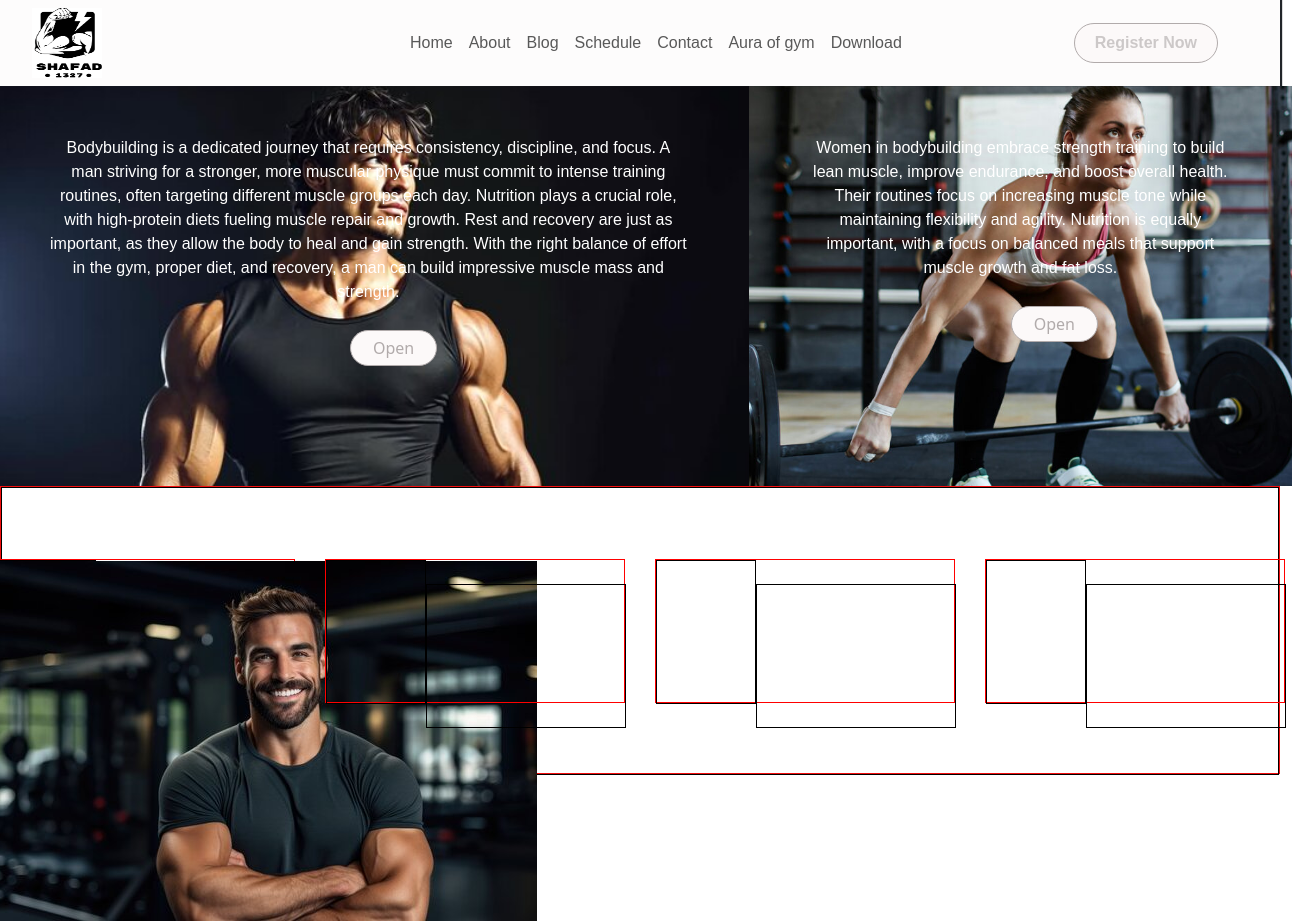
Repository: Daud-shafad/gymwebsite
Page: bootstrap-5.3.3-dist/bootstrap-5.3.3-dist/gym.html
An editor plug-in stored every save of this project. The page is shown before and after the next save, followed by the edit.
The browser window is 1280 px wide. The page is 1292 px wide, so the pictures cover 1292 px, including what lies to the right of the window. The pictures show the whole page.

Above is the page before, as saved 2024-12-28 14:42:46.

### bootstrap-5.3.3-dist/bootstrap-5.3.3-dist/gym.html
<!DOCTYPE html>
<html lang="en">
<head>
    <title>GYM WEBSITE</title>
    <meta charset="UTF-8">
    <meta name="viewport" content="width=device-width, initial-scale=1.0">
    <meta name="author" content="Daud_Shafad">
    <meta name="Description" content="This gym website front-end part">
    <meta name="keyword" content="html, css, bootstrap, front-end, gym, website">
    <link rel="stylesheet" href="gym.css">
    <link rel="stylesheet" href="css/bootstrap.css">


</head>
<body>

    <nav class="navbar navbar-expand-lg" style="background-color: rgb(253, 252, 252); box-shadow: 1px -1px 1px 1px">
        <div class="container-fluid">
          <img src="power.png" style="width: 70px;
          height: 70px; margin-left: 20px;" >
          <button class="navbar-toggler" type="button" data-bs-toggle="collapse" data-bs-target="#navbarSupportedContent" aria-controls="navbarSupportedContent" aria-expanded="false" aria-label="Toggle navigation">
            <span class="navbar-toggler-icon"></span>
          </button>
          <div class="collapse navbar-collapse" id="navbarSupportedContent" style="font-family: sans-serif;">
            <ul class="navbar-nav me-auto mb-2 mb-lg-0" style="margin-left: 300px;">
              <li class="nav-item" >
                <a class="nav-link" aria-current="page" href="#">Home</a>
              </li>
              <li class="nav-item" >
                <a class="nav-link" href="#">About</a>
              </li>
              <li class="nav-item">
                <a class="nav-link" href="#">Blog</a>
              </li>
              <li class="nav-item">
                <a class="nav-link" aria-disabled="false">Schedule</a>
              </li>
              <li class="nav-item">
                <a class="nav-link" aria-disabled="false">Contact</a>
              </li>
              <li class="nav-item">
                <a class="nav-link" aria-disabled="false">Aura of gym</a>
              </li>
              <li class="nav-item">
                <a class="nav-link" aria-disabled="false">Download</a>
              </li>
              </ul>
           <button class="btn-register">
            Register Now
           </button>
          </div>
        </div>
      </nav>

      <div class="row">
        <div class="col-7">
          <p class="p-man-bodybuilding">Bodybuilding is a dedicated journey that requires consistency, discipline, and focus. A man striving for a stronger, more muscular physique must commit to intense training routines, often targeting different muscle groups each day. Nutrition plays a crucial role, with high-protein diets fueling muscle repair and growth. Rest and recovery are just as important, as they allow the body to heal and gain strength. With the right balance of effort in the gym, proper diet, and recovery, a man can build impressive muscle mass and strength.</p>
          <button class="btn-open-1">Open</button>
        </div>
        <div class="col-5">
        <p class="p-women-bodybuilding">Women in bodybuilding embrace strength training to build lean muscle, improve endurance, and boost overall health. Their routines focus on increasing muscle tone while maintaining flexibility and agility. Nutrition is equally important, with a focus on balanced meals that support muscle growth and fat loss.</p>
        <button class="btn-open-2">Open</button>
    </div>
      </div>

    <section class="section-1">
     <div class="managers-part">
       <div class="part-1">
       <div class="image-1-part">
        <img src="Trainer1.jpg" alt="Trainer1">
       </div>
       <div class="info-1-part">

       </div>
       </div>

       <div class="part-2">
       <div class="image-2-part">

       </div>

       <div class="info-2-part">

       </div>
       </div>

       <div class="part-3">
        <div class="image-3-part">

        </div>

        <div class="info-3-part">

        </div>
       </div>

       <div class="part-4">
        <div class="image-4-part">

        </div>

        <div class="info-4-part">

        </div>
       </div>
     </div>

    </section>



    <script src="js/bootstrap.js"></script>


</body>
</html>

### bootstrap-5.3.3-dist/bootstrap-5.3.3-dist/gym.css
*{
    margin:0;
    padding: 0;
}

.btn-register{
    background-color: rgb(252, 249, 249);
    padding: 7px 20px 7px 20px;
    border: 1px solid rgb(177, 171, 171);
    cursor: pointer;
    border-radius: 25px;
    margin-right: 50px;
    font-family: sans-serif;
    font-size: 16px;
    font-weight: 600;
    color: rgb(204, 200, 200);
    text-transform: capitalize;
    transition: all 2s;
}

.btn-register:hover{
   background-color: rgb(177, 171, 171);
   color: rgb(252, 249, 249);
   border: rgb(252, 249, 249);
   letter-spacing: 2px;
   box-shadow: 2px 1px 2px 2px;

}

#navbarSupportedContent:hover{
    letter-spacing: 1px;
    color: black;
    cursor: pointer;
    transition: all 2s;
}

.row .col-7{

    background: url(Trainer3.jpg);
    background-position: center;
    background-size: cover;
    background-repeat: no-repeat;
    height: 400px;

}

.row .col-7 .p-man-bodybuilding{
    font-family: sans-serif;
    font-size: 16px;
    font-weight: 400;
    text-align: center;
    padding: 50px;
    color: white;
}

.row .col-7 .btn-open-1{
   background-color: rgb(252, 249, 249);
   color: rgb(177, 171, 171);
   border: 1px solid rgb(177, 171, 171);
   cursor: pointer;
   border-radius: 25px;
   padding: 5px 22px 5px 22px;
   margin: -40px 50px 50px 350px;
   vertical-align: top;
   transition: all 2s;
}

.row .col-7 .btn-open-1:hover{
    background-color: rgb(177, 171, 171);
    color: rgb(252, 249, 249);
    border: rgb(252, 249, 249);
    letter-spacing: 2px;
    box-shadow: 2px 1px 2px 2px;
}

.row .col-5{
    background: url(Photowomen2.jpg);
    background-position: center;
    background-size: cover;
    background-repeat: no-repeat;
    height: 400px;


}

.row .col-5 .p-women-bodybuilding{
    font-family: sans-serif;
    font-size: 16px;
    font-weight: 400;
    text-align: center;
    padding: 50px;
    color: white;
}

.row .col-5 .btn-open-2{
    background-color: rgb(252, 249, 249);
    color: rgb(177, 171, 171);
    border: 1px solid rgb(177, 171, 171);
    cursor: pointer;
    border-radius: 25px;
    padding: 5px 22px 5px 22px;
    margin: -40px 50px 50px 250px;
    vertical-align: top;
    transition: all 2s;
 }

 .row .col-5 .btn-open-2:hover{
     background-color: rgb(177, 171, 171);
     color: rgb(252, 249, 249);
     border: rgb(252, 249, 249);
     letter-spacing: 2px;
     box-shadow: 2px 1px 2px 2px;
 }

 .section-1{
    display: block;
    position: relative;
    width: 100%;
    height: 40vh;
    border: 1px solid rgb(243, 14, 14);
 }
 .section-1 .managers-part{
    display: flex;
    position: absolute;
    flex-direction: row;
    gap: 30px;
    align-items: center;
    justify-content: center;
    width: 100%;
    height: 40vh;
    border: 1px solid black;
 }

 .section-1 .managers-part .part-1{
    width: 300px;
    height: 20vh;
    border: 1px solid red;
    cursor: pointer
 }

 .section-1 .managers-part .part-1 .image-1-part{
    width: 100px;
    height: 20vh;
    border: 1px solid black;
}

.section-1 .managers-part .part-1 .info-1-part{
    width: 200px;
    height: 20vh;
    margin-left: 100px;
    margin-top: -120px;
    border: 1px solid black;
}

 .section-1 .managers-part .part-2{
    width: 300px;
    height: 20vh;
    border: 1px solid red;
    cursor: pointer
 }

 .section-1 .managers-part .part-2 .image-2-part{
    width: 100px;
    height: 20vh;
    border: 1px solid black;
}

.section-1 .managers-part .part-2 .info-2-part{
    width: 200px;
    height: 20vh;
    margin-left: 100px;
    margin-top: -120px;
    border: 1px solid black;
}

 .section-1 .managers-part .part-3{
    width: 300px;
    height: 20vh;
    border: 1px solid red;
    cursor: pointer
 }

 .section-1 .managers-part .part-3 .image-3-part{
    width: 100px;
    height: 20vh;
    border: 1px solid black;
}

.section-1 .managers-part .part-3 .info-3-part{
    width: 200px;
    height: 20vh;
    margin-left: 100px;
    margin-top: -120px;
    border: 1px solid black;
}

 .section-1 .managers-part .part-4{
    width: 300px;
    height: 20vh;
    border: 1px solid red;
    cursor: pointer
 }

 .section-1 .managers-part .part-4 .image-4-part{
    width: 100px;
    height: 20vh;
    border: 1px solid black;
}

.section-1 .managers-part .part-4 .info-4-part{
    width: 200px;
    height: 20vh;
    margin-left: 100px;
    margin-top: -120px;
    border: 1px solid black;
}

Loaded but not shown: bootstrap-5.3.3-dist/bootstrap-5.3.3-dist/css/bootstrap.css (library); bootstrap-5.3.3-dist/bootstrap-5.3.3-dist/js/bootstrap.js (library)

After the next save:
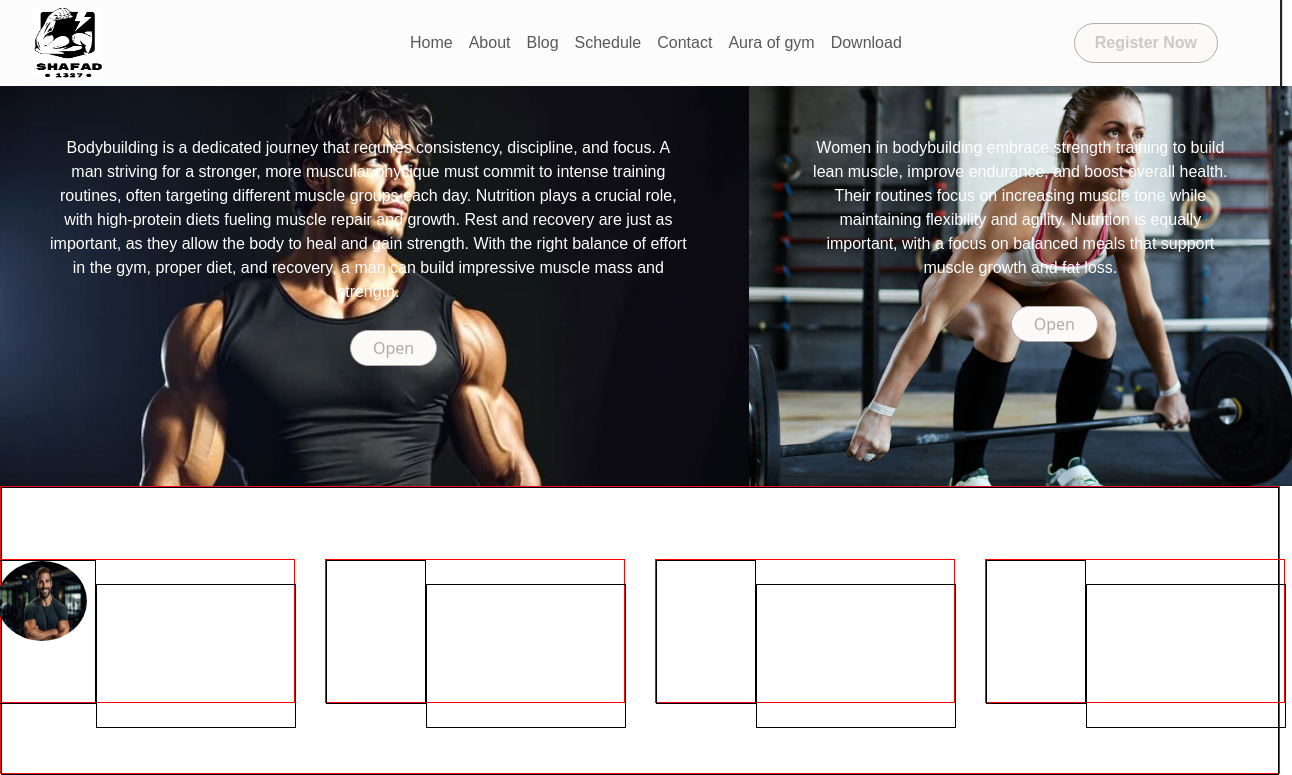
Saved 80 s later.
--- a/bootstrap-5.3.3-dist/bootstrap-5.3.3-dist/gym.html
+++ b/bootstrap-5.3.3-dist/bootstrap-5.3.3-dist/gym.html
@@ -67,7 +67,8 @@
      <div class="managers-part">
        <div class="part-1">
        <div class="image-1-part">
-        <img src="Trainer1.jpg" alt="Trainer1">
+        <img src="Trainer1.jpg" alt="Trainer1" style="width: 90px; height:
+        80px; border-radius: 50%;">
        </div>
        <div class="info-1-part">
 
